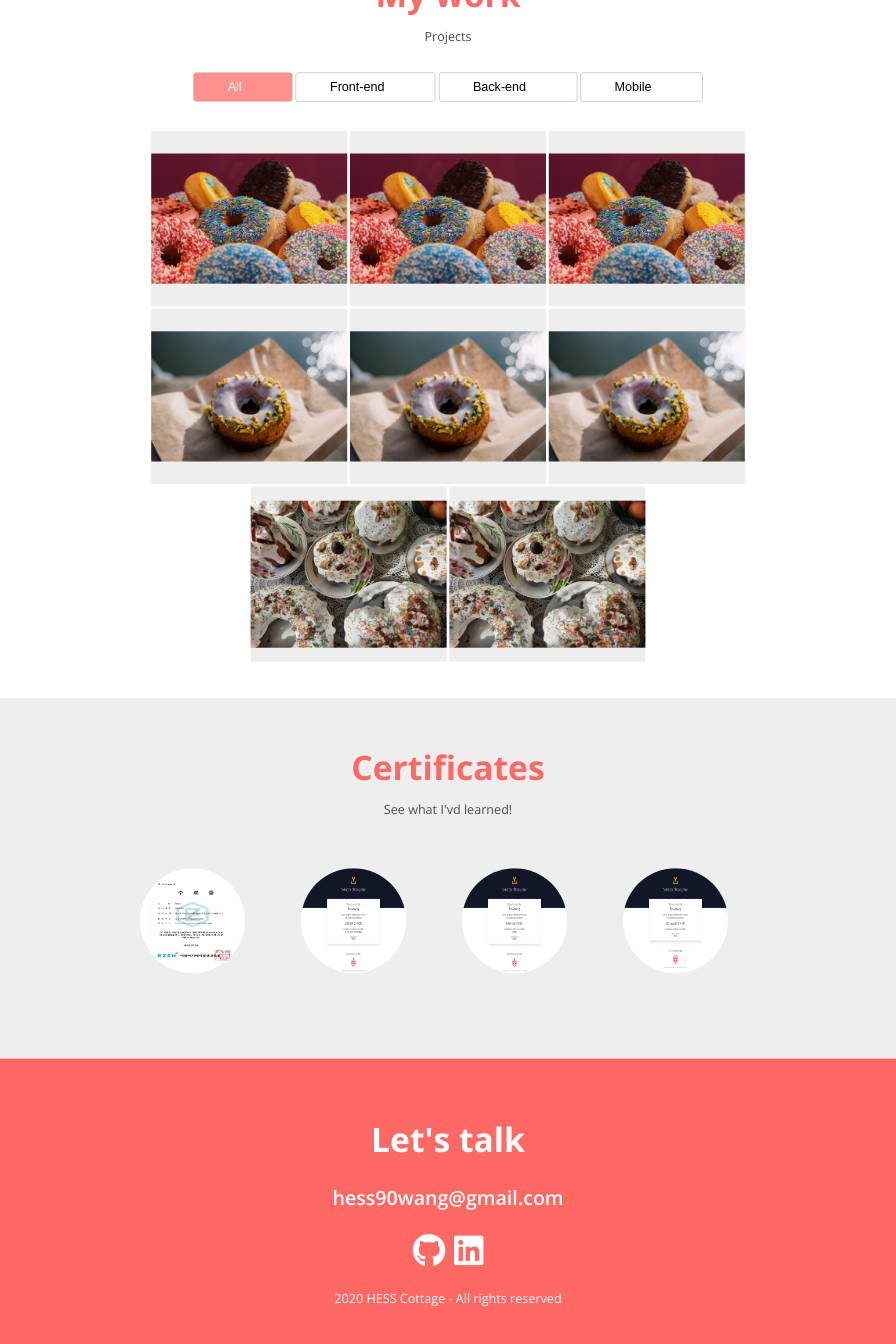
Repository: hesshess/Portfolio
Page: index.html
An editor plug-in stored every save of this project. The page is shown before and after the next save, followed by the edit.
The browser window is 1280 px wide. The pictures show the part of the page from y = 2416 to 4336 px (the page is 4336 px tall), at 70% of full size.
Some web libraries are served in a nearby version.

Above is the page before, as saved 2022-10-18 13:11:44.

### index.html
<!DOCTYPE html>
<html lang="en">
  <head>
    <meta charset="UTF-8" />
    <meta name="viewport" content="width=device-width, initial-scale=1.0" />
    <title>Hess's Portfolio</title>
    <meta
      name="description"
      content="Portfolio for world-renowed software engineer Hess"
    />
    <meta name="author" content="Hess" />
    <link rel="icon" type="image/png" href="imgs/favicon.png" />
    <script
      src="https://kit.fontawesome.com/1af2041847.js"
      crossorigin="anonymous"
    ></script>
    <link
      href="https://fonts.googleapis.com/css2?family=Amatic+SC:wght@400;700&family=Open+Sans:wght@400;600;700&display=swap"
      rel="stylesheet"
    />
    <link rel="stylesheet" href="style.css" />
    <script src="main.js" defer></script>
  </head>
  <body>
    <!-- Navbar -->
    <nav id="navbar">
      <div class="navbar__logo">
        <i class="fas fa-home"></i>
        <a href="#">Hess</a>
      </div>
      <div class="navbar__menu">
        <ul class="navbar__menu">
          <li class="navbar__menu__item active" data-link="#home">Home</li>
          <li class="navbar__menu__item" data-link="#about">About</li>
          <li class="navbar__menu__item" data-link="#skills">Skills</li>
          <li class="navbar__menu__item" data-link="#work">My Work</li>
          <li class="navbar__menu__item" data-link="#testimonials">
            Testimonial
          </li>
          <li class="navbar__menu__item" data-link="#contact">Contact</li>
        </ul>
      </div>
      <!-- Toggle button -->
      <button class="navbar__toggle-btn">
        <i class="fas fa-bars"></i>
      </button>
    </nav>
    <!-- Home -->
    <section id="home">
      <div class="home__container">
        <img
          src="imgs/profile.JPG"
          alt="Hess's profile Photo"
          class="home__avatar"
        />

        <h1 class="home__title">Hello, <br />I'm Hess</h1>
        <h2 class="home__description">
          A Softerware Engineer currently residing in Newry, Northern Ireland.
        </h2>
        <button class="home__contact" data-link="#contact">Contact Me</button>
      </div>
    </section>

    <!-- About -->

    <section id="about" class="section section__container">
      <h1>About me</h1>
      <p>Enthusiasic Fast Learner who's also interested in Back-end</p>
      <div class="about__majors">
        <div class="major">
          <div class="major__icon">
            <i class="fab fa-html5"></i>
          </div>
          <h2 class="major__title">Front-end</h2>
          <div class="major__description">
            HTML, CSS, JavaScript, TypeScript,<br />React,Vue, Web APIs
          </div>
        </div>
        <div class="major">
          <div class="major__icon">
            <i class="fas fa-mobile-alt"></i>
          </div>
          <h2 class="major__title">Mobile</h2>
          <div class="major__description">
            Android, iOS, React Native, Flutter,<br />Java, Swift, Kotlin
          </div>
        </div>
        <div class="major">
          <div class="major__icon">
            <i class="fas fa-server"></i>
          </div>
          <h2 class="major__title">Back-end</h2>
          <div class="major__description">
            Java, JavaScript, Go, NodeJS,<br />Rest APIs, GraphGL
          </div>
        </div>
      </div>
      <div class="about__jobs">
        <div class="job">
          <img
            src="imgs/jobs/city.png"
            alt="City Cuty Free"
            class="job__logo"
          />
          <div class="job__description">
            <p class="job__name">
              As a chasier, I worked at the Incheon International Airport.
            </p>
            <p class="job__period">2018 OCT - 2019 OCT</p>
          </div>
        </div>
        <div class="job">
          <img
            src="imgs/jobs/scenic.jpeg"
            alt="Scenic Hotel"
            class="job__logo"
          />
          <div class="job__description">
            <p class="job__name">
              As a housekeeper, I worked at the Scenic Hotel in New Zealand.
            </p>
            <p class="job__period">2017 NOV - 2018 MAY</p>
          </div>
        </div>
        <div class="job">
          <img
            src="imgs/jobs/bik.png"
            alt="BIK Kindergarten"
            class="job__logo"
          />
          <div class="job__description">
            <p class="job__name">
              As an asistance teacher, I helped out the children.
            </p>
            <p class="job__period">2016 SEP - 2017 June</p>
          </div>
        </div>
      </div>
    </section>

    <!-- Skills -->
    <section id="skills" class="section">
      <div class="section__container">
        <h1>Skills</h1>
        <h2>Skills & Attributes</h2>
        <p>
          Experience with all phases of the software life-cycle. Passion for
          learning new technologies. Capable of working within a team
          environment and independently. Ability to plan and time schedule, work
          under strict time pressure and adapt quickly when needed.
        </p>
        <div class="skillset">
          <div class="skillset__left">
            <h3 class="skillset__title">Skills</h3>
            <div class="skill">
              <div class="skill__description">
                <span>HTML</span>
                <span>99%</span>
              </div>
              <div class="skill__bar">
                <div class="skill__value" style="width: 99%"></div>
              </div>
            </div>
            <div class="skill">
              <div class="skill__description">
                <span>CSS</span>
                <span>89%</span>
              </div>
              <div class="skill__bar">
                <div class="skill__value" style="width: 89%"></div>
              </div>
            </div>
            <div class="skill">
              <div class="skill__description">
                <span>JavaScript</span>
                <span>79%</span>
              </div>
              <div class="skill__bar">
                <div class="skill__value" style="width: 79%"></div>
              </div>
            </div>
            <div class="skill">
              <div class="skill__description">
                <span>TypeScript</span>
                <span>69%</span>
              </div>
              <div class="skill__bar">
                <div class="skill__value" style="width: 69%"></div>
              </div>
            </div>
            <div class="skill">
              <div class="skill__description">
                <span>React</span>
                <span>59%</span>
              </div>
              <div class="skill__bar">
                <div class="skill__value" style="width: 59%"></div>
              </div>
            </div>
            <div class="skill">
              <div class="skill__description">
                <span>NodeJS</span>
                <span>49%</span>
              </div>
              <div class="skill__bar">
                <div class="skill__value" style="width: 49%"></div>
              </div>
            </div>
          </div>
          <div class="skillset__right">
            <div class="tools">
              <h3 class="skillset__title">Tools</h3>
              <ul class="tools__list">
                <li><span>Visual Studio Code</span></li>
                <li><span>Adobe Premiere Pro</span></li>
                <li><span>Apple Logic</span></li>
                <li><span>Apple Finalcut Pro</span></li>
                <li><span>Cinema 4d</span></li>
              </ul>
            </div>
            <div class="etc">
              <h3 class="skillset__title">Etc</h3>
              <ul class="etc__list">
                <li><span>Git</span></li>
                <li><span>Sing</span></li>
                <li><span>Dance</span></li>
              </ul>
            </div>
          </div>
        </div>
      </div>
    </section>
    <!-- Work -->
    <section id="work" class="section">
      <div class="section__container">
        <h1>My work</h1>
        <h3>Projects</h3>
        <div class="work__categories">
          <button class="category__btn active" data-filter="*">
            All<span class="category__count">8</span>
          </button>
          <button class="category__btn" data-filter="front-end">
            Front-end<span class="category__count">3</span>
          </button>
          <button class="category__btn" data-filter="back-end">
            Back-end<span class="category__count">3</span>
          </button>
          <button class="category__btn" data-filter="mobile">
            Mobile<span class="category__count">2</span>
          </button>
        </div>

        <div class="work__projects">
          <a
            href="깃허브링크"
            class="project"
            target="blank"
            data-type="front-end"
          >
            <img src="imgs/projects/1.jpg" alt="Youtube" class="project__img" />
            <div class="project__description">
              <h3>Youtube Site</h3>
              <span>Clone coding with HTML and CSS</span>
            </div>
          </a>
          <a
            href="깃허브링크"
            class="project"
            target="blank"
            data-type="front-end"
          >
            <img src="imgs/projects/1.jpg" alt="Youtube" class="project__img" />
            <div class="project__description">
              <h3>Youtube Site</h3>
              <span>Clone coding with HTML and CSS</span>
            </div>
          </a>
          <a
            href="깃허브링크"
            class="project"
            target="blank"
            data-type="front-end"
          >
            <img src="imgs/projects/1.jpg" alt="Youtube" class="project__img" />
            <div class="project__description">
              <h3>Youtube Site</h3>
              <span>Clone coding with HTML and CSS</span>
            </div>
          </a>
          <a
            href="깃허브링크"
            class="project"
            target="blank"
            data-type="back-end"
          >
            <img src="imgs/projects/2.jpg" alt="Youtube" class="project__img" />
            <div class="project__description">
              <h3>Youtube Site</h3>
              <span>Clone coding with HTML and CSS</span>
            </div>
          </a>
          <a
            href="깃허브링크"
            class="project"
            target="blank"
            data-type="back-end"
          >
            <img src="imgs/projects/2.jpg" alt="Youtube" class="project__img" />
            <div class="project__description">
              <h3>Youtube Site</h3>
              <span>Clone coding with HTML and CSS</span>
            </div>
          </a>
          <a
            href="깃허브링크"
            class="project"
            target="blank"
            data-type="back-end"
          >
            <img src="imgs/projects/2.jpg" alt="Youtube" class="project__img" />
            <div class="project__description">
              <h3>Youtube Site</h3>
              <span>Clone coding with HTML and CSS</span>
            </div>
          </a>
          <a
            href="깃허브링크"
            class="project"
            target="blank"
            data-type="mobile"
          >
            <img src="imgs/projects/3.jpg" alt="Youtube" class="project__img" />
            <div class="project__description">
              <h3>Youtube Site</h3>
              <span>Clone coding with HTML and CSS</span>
            </div>
          </a>
          <a
            href="깃허브링크"
            class="project"
            target="blank"
            data-type="mobile"
          >
            <img src="imgs/projects/3.jpg" alt="Youtube" class="project__img" />
            <div class="project__description">
              <h3>Youtube Site</h3>
              <span>Clone coding with HTML and CSS</span>
            </div>
          </a>
        </div>
      </div>
    </section>
    <!-- Testimonials -->
    <section id="testimonials" class="section">
      <div class="section__container">
        <h1>Certificates</h1>
        <h3>See what I'vd learned!</h3>
        <div class="testimonials">
          <div class="testimonial">
            <img
              src="imgs/testimonial/certificate1.jpg"
              class="testimonial__avatar"
              href="/imgs/testimonial/certificate1.jpg"
            />
          </div>

          <div class="testimonial">
            <img
              src="imgs/testimonial/nomad1.jpg"
              class="testimonial__avatar"
            />
          </div>
          <div class="testimonial">
            <img
              src="imgs/testimonial/nomad2.jpg"
              class="testimonial__avatar"
            />
          </div>
          <div class="testimonial">
            <img
              src="imgs/testimonial/nomad3.jpg"
              class="testimonial__avatar"
            />
          </div>
        </div>
      </div>
    </section>
    <!-- Contact -->
    <section id="contact" class="section">
      <h1 class="contact__title">Let's talk</h1>
      <h2>
        <a href="mailto:hess90wang@gmail.com" class="contact__email"
          >hess90wang@gmail.com</a
        >
      </h2>
      <div class="contact__links">
        <a href="https://github.com/hesshess" target="_blank">
          <i class="fab fa-github"></i>
        </a>
        <a
          href="https://www.linkedin.com/in/hess-wang-294197254/"
          target="_blank"
        >
          <i class="fa fa-linkedin-square"></i
        ></a>
      </div>
      <p class="contact__rights">2020 HESS Cottage - All rights reserved</p>
    </section>

    <!-- Arrow up -->
    <button class="arrow-up">
      <i class="fas fa-arrow-up"></i>
    </button>
  </body>
</html>

### style.css
/* Global */
:root {
  /* Color */

  --color-white: #ffffff;

  --color-light-white: #eeeeee;

  --color-dark-white: #bdbdbd;

  --color-pink: #fe918d;

  --color-dark-pink: #ff6863;

  --color-dark-grey: #4d4d4d;

  --color-grey: #616161;

  --color-light-grey: #7c7979;

  --color-blue: #73aace;

  --color-yellow: #fff7d1;

  --color-orange: #feb546;

  --color-black: #000000;

  /* Font size */

  --font-large: 48px;

  --font-medium: 28px;

  --font-regular: 18px;

  --font-small: 16px;

  --font-micro: 14px;

  /* Font weight */

  --weight-bold: 700;

  --weight-semi-bold: 600;

  --weight-regular: 400;

  /* Size */
  --size-border-radius: 4px;

  /* Animation */
  --animation-duration: 300ms;
}

/* Universal tags */
* {
  box-sizing: border-box;
}

body {
  margin: 0;
  font-family: "Open Sans", sans-serif;
  cursor: default;
}

a {
  text-decoration: none;
  color: var(--color-white);
}
ul {
  list-style: none;
  padding-left: 0;
}
li {
  list-style: none;
}

button {
  background-color: transparent;
  cursor: pointer;
  border: none;
  outline: none;
}

/* Typography */
h1 {
  font-size: var(--font-large);
  font-weight: var(--weight-bold);
  color: var(--color-dark-pink);
  margin: 16px 0;
}

h2 {
  font-size: var(--font-medium);
  font-weight: var(--weight-semi-bold);
  color: var(--color-dark-grey);
  margin: 8px 0;
}

h3 {
  font-size: var(--font-regular);
  font-weight: var(--weight-regular);
  color: var(--color-dark-grey);
  margin: 8px 0;
}

p {
  font-size: var(--font-regular);
  font-weight: var(--weight-regular);
  color: var(--color-light-grey);
  margin: 4px 0;
}

/* Navbar */
#navbar {
  position: fixed;
  width:100%;
  display: flex;
  justify-content: space-between;
  background-color: transparent;
  align-items: center;
  color: var(--color-dark-white);
  padding: 10px;
  transition: all var(--animation-duration) ease-in-out;
  z-index:1;
}
#navbar.navbar--dark{
  background-color: var(--color-pink);
  color:var(--color-white);
  padding: 5px;

}
.navbar__menu {
  display: flex;
  margin: 4px 0;
}

.navbar__logo {
  font-size: var(--font-medium);
  font-weight: var(--weight-semi-bold);
  padding-left: 10px;
}
.navbar__menu__item {
  padding: 4px 6px;
  margin: 0 4px;
  cursor: pointer;
  border-radius: var(--size-border-radius);
}

.navbar__menu__item.active {
  border: 1.5px solid var(--color-pink);
}

.navbar__menu__item:hover {
  background-color: var(--color-dark-pink);
  border-radius: var(--size-border-radius);
}

.navbar__toggle-btn{
  position: absolute;
  top:10px;
  right:16px;
  font-size: 24px;
  color:var(--color-white);
  display:none;

}

/* Home */
#home {
  background: url("imgs/home-background.png") center/cover no-repeat;
  padding: 40px;
  padding-top:120px;
  text-align: center;
}

.home__avatar {
  width: 250px;
  height: 250px;
  border-radius: 50%;
  border: 3px solid var(--color-pink);
}

.home__title,
.home__description {
  color: var(--color-light-grey);
}
.home__contact {
  color: var(--color-grey);
  font-size: var(--font-regular);
  font-weight: var(--weight-bold);
  margin: 24px;
  padding: 8px 12px;
  border: 2px solid var(--color-light-grey);
  border-radius: var(--size-border-radius);
}

/* Section Common*/
.section {
  text-align: center;
  padding: 50px;
  margin: auto;
}

.section__container {
  max-width: 1000px;
  margin: auto;
}

/* About */
.about__majors {
  display: flex;
  justify-content: space-between;
  margin: 80px 0;
}


.major__icon {
  width: 170px;
  height: 170px;
  font-size: 70px;
  line-height: 170px;
  color: var(--color-dark-pink);
  margin: auto;
  border: 1px solid var(--color-dark-pink);
  border-radius: 50%;
  margin-bottom: 16px;
}

.major__icon i {
  transition: all var(--animation-duration) ease;
}

.major__icon:hover i {
  color: var(--color-pink);
  transform: rotate(30deg) scale(1.2);
}

.major__title,
.major__description {
  color: var(--color-dark-grey);
}

.major__description {
  font-size: var(--font-small);
}

.job {
  display: flex;
  align-items: center;
}

.job__description {
  margin: 0 16px;
  text-align: left;
}

.job__name,
.job__period {
  color: var(--color-light-grey);
}

.job__name {
  font-size: var(--font-small);
}

.job__period {
  font-size: var(--font-micro);
}

.job__logo {
  width: 80px;
  height: 80px;
  border-radius: 50%;
  margin-right: 20px;
}

/* Skill */
#skills {
  background-color: var(--color-yellow);
}

.skillset {
display: flex;
background-color:var(--color-light-grey);
color:var(--color-light-white);
margin:20px 0;
}

.skillset__title{
    color:var(--color-white);

}

.skillset__left{
flex-basis: 60%;
background-color:var(--color-dark-grey);
padding: 20px 40px;
}

.skill{
  margin-bottom: :32px;
}

.skill__description{
    display:flex;
    justify-content: space-between;

}

.skill__bar{
  width: 100%;
  height:3px;
  background-color: var(--color-grey);

}
.skill__value{
  height:3px;
  background-color: var(--color-orange);
}

.skillset__right{
flex-basis: 40%;
}

.tools {
    background-color: var(--color-grey);
}

.tools, .etx{
  padding: 20px;
}

/* Work */


.work__categories {
  margin:40px;
}
.category__btn{
  border: 1px solid var(--color-dark-white);
  border-radius:  var(--size-border-radius);
  font-size:var(--font-regular);
  padding: 8px 48px;
}

.category__btn.active, .category__btn:hover{
  background-color: var(--color-pink);
  color: var(--color-white);
}

.category__btn .active .category__count,.category__btn:hover .category__count {
  opacity: 1;
  top: 0;
}



.category__count{
  background-color: var(--color-orange);
  border-radius: 50%;
  color:var(--color-white);
  width:24px;
  height:24px;
  display: inline-block;
  line-height: 24px ;
  position:relative;
  top: -20px;
  left:4px;
  opacity:0;
  transition: all var(--animation-duration) ease-in;

}

 .work__projects{
   display:flex;
   flex-wrap:wrap;
   justify-content: center;
   opacity:1;
   transition: all var(--animation-duration) ease-out;

 }
 .work__projects.anim-out{
   opacity:0;
   transform: scale(0.96) translateY(40px);
 }

 .project {
   position: relative;
   display:flex;
   justify-content: center;
   align-items: center;
   width:280px;
   height:250px;
   margin:2px;
   background-color: var(--color-light-white);

 }
 .project.invisible{
   display:none;
 }

 .project__img{
   max-width:100%;
   max-height:100%;
 }

 .project__description{
   position: absolute;

   background-color: black;
   display: flex;
   flex-direction: column;
   justify-content: center;
   width:100%;
   height:100%;
   top:0;
   left:0;
   opacity:0;
   transform:translateY(10px);
   transition: all var(--animation-duration) ease-in;

 }
 .project:hover .project__description{
opacity:0.8;
transform:translateY(0px);
 }

 .project__description h3{
   color:var(--color-white);

 }

 .project__description h3:after{
   display: block;
   content:'';
   position: relative;
   left:50%;
   width:25px;
   height:2px;
   margin-left: -12px;
   margin-top: 8px;
   background-color: var(--color-dark-white);
 }


/* testimonial */
#testimonials{
  background-color: var(--color-light-white);

}

.testimonials {
  margin: 40px;
  display: flex;
  justify-content: space-around;
}

.testimonial{
  display: flex;
margin:32px 0;
transition: all var(--animation-duration) ease-in;
}
.testimonial:hover{
  transform: scale(1.3);
}

.testimonial__avatar{
  width:150px;
  height:150px;
  border-radius: 50%;

}
.testimonial__avatar:nth-child(odd){
  margin-right:40px;
}
.testimonial__avatar:nth-child(even){
  margin-left:40px;
}

.testimonial__speech-bubble{
  padding:18px;
  background-color: var(--color-white);
  border-radius: var(--size-border-radius);
}

.testimonial__speech-bubble p {
  color: var(--color-light-grey);

}

.testimonial__speech-bubble a{
  color: var(--color-pink);
}

/* Contact */

#contact{
  background-color: var(--color-dark-pink);


}
.contact__title, .contact__email, .contact__rights{
  color: var(--color-white);
}

.contact__title{
  margin: 32px 0;

}

.contact__links{
  font-size: var(--font-large);
  margin: 24px 0px;
  transition: all var(--animation-duration) ease-in;

}

.contact__links i:hover {
  transform: scale(1.3);
  color:var(--color-orange);

}


/* Scroll */
.arrow-up{
  position:fixed;
  bottom: 50px;
  right:50px;
  width:70px;
  height:70px;
  font-size: 50px;
  background-color: var(--color-pink);
  color: var(--color-white);
  border-radius: 50%;
  opacity:0;
  pointer-events: none ;
  transition: all var(--animation-duration) ease-in
}

.arrow-up.visible {
  opacity:1;
  pointer-events: auto;
}


/* For below 768px screen width */

@media screen and (max-width:768px){
.navbar__toggle-btn{
  display:block;

}
#navbar{
  font-display: column;
align align-items:flex-start;
}
.navbar__menu{
  flex-direction: column;
  text-align: center;
  width:100%;
  display:none;

}

.about__majors{
  flex-direction: column;

}
.major{
margin-bottom: 38px;

}

.skillset {
  flex-direction: column;

}

.project{
  flex-grow: 1;
}

.testimonial__avatar{
  width:80px;
  height:80px;
}



}

Loaded but not shown: main.js (81 lines, source omitted)

After the next save:
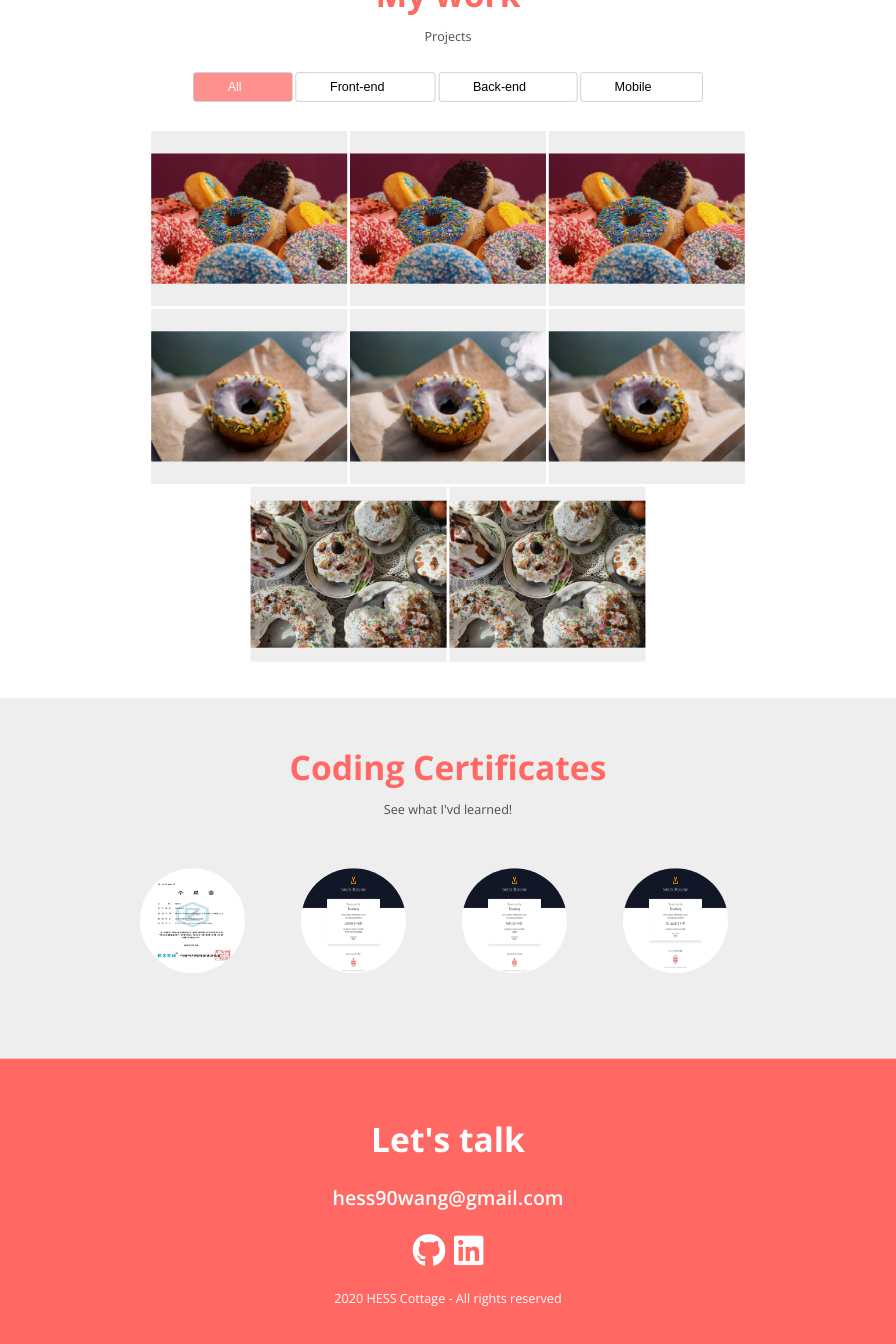
Saved 41 s later.
--- a/index.html
+++ b/index.html
@@ -354,7 +354,7 @@
     <!-- Testimonials -->
     <section id="testimonials" class="section">
       <div class="section__container">
-        <h1>Certificates</h1>
+        <h1>Coding Certificates</h1>
         <h3>See what I'vd learned!</h3>
         <div class="testimonials">
           <div class="testimonial">
